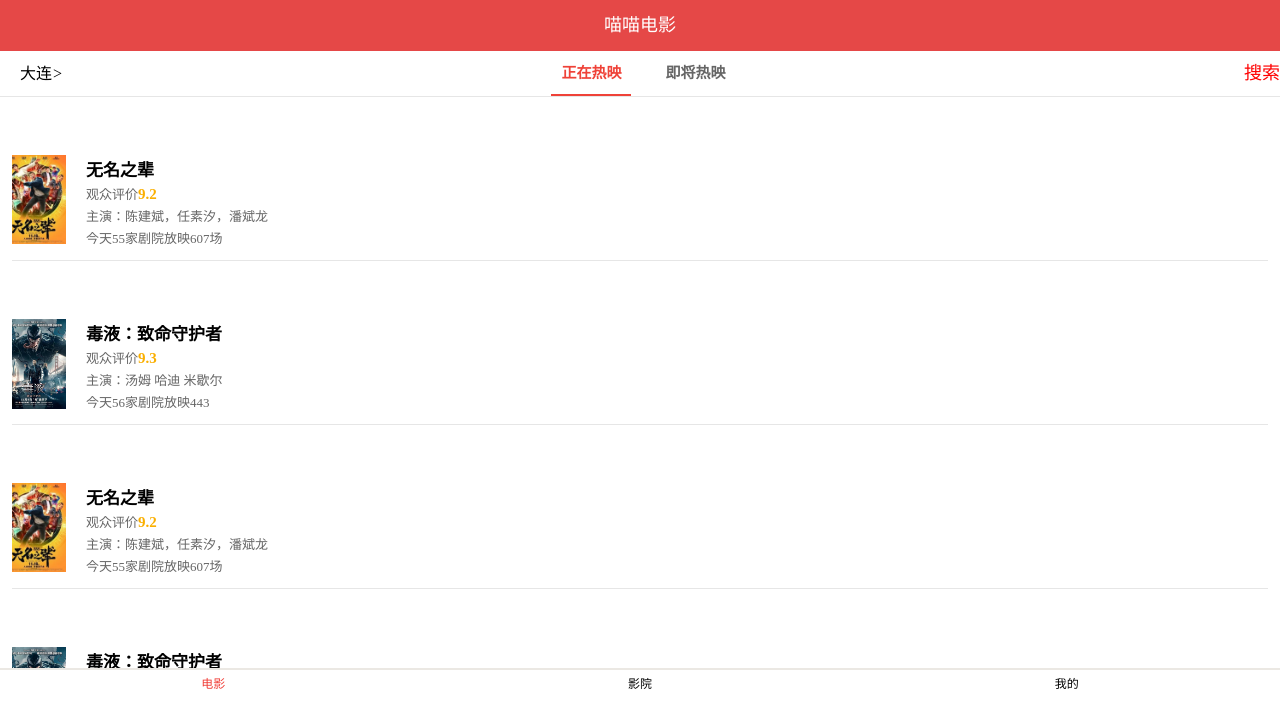
Repository: X-J-0/miaomiao_film
Page: / (app in miaomiao/)
These files come from the project's save history. The page is drawn as it stood at one moment and after the next save; the edit follows.
The browser window is 1280 px wide. The pictures show the whole page.
An inner scrolling area shows only its first screen. The project was rebuilt for these pictures with package versions that can differ from the ones it lists, and the page was loaded fresh each time. Also part of the build but not shown: miaomiao/vue.config.js. Imported but missing from the stored project, and not drawn on this page: miaomiao/src/components/Brand, miaomiao/src/components/Special.

Above is the page before, as saved 2020-03-26 13:18:58.

### miaomiao/public/index.html
<!DOCTYPE html>
<html lang="en">
  <head>
    <meta charset="utf-8">
    <meta http-equiv="X-UA-Compatible" content="IE=edge">
    <meta name="viewport" content="width=device-width,initial-scale=1.0,user-scalable=no">
    <link rel="icon" href="<%= BASE_URL %>favicon.ico">
    <link rel="stylesheet" href="<%= BASE_URL %>css/common.css">
    <!-- <link rel="stylesheet" href="<%= BASE_URL %>css/common.css"> -->
    <title><%= htmlWebpackPlugin.options.title %></title>
  </head>
  <body>
    <noscript>
      <strong>We're sorry but <%= htmlWebpackPlugin.options.title %> doesn't work properly without JavaScript enabled. Please enable it to continue.</strong>
    </noscript>
    <div id="app"></div>
    <!-- built files will be auto injected -->
  </body>
</html>

### miaomiao/src/main.js
import Vue from 'vue'
import App from './App.vue'
import router from './router'
import store from './store'
import axios from 'axios'
Vue.prototype.axios = axios;

Vue.config.productionTip = false

new Vue({
  router,
  store,
  render: h => h(App)
}).$mount('#app')

### miaomiao/src/App.vue
<template>
    <keep-alive>
        <router-view/>
    </keep-alive>
</template>

<style lang="scss">
</style>

### miaomiao/src/router/index.js
import Vue from 'vue'
import VueRouter from 'vue-router'
import movieRouter from './movie'
import mineRouter from './mine'
import cinemaRouter from './cinema'

Vue.use(VueRouter)


const router = new VueRouter({
  mode: 'history',
  base: process.env.BASE_URL,
  routes: [
    movieRouter,
    mineRouter,
    cinemaRouter,
    {
      path:'/*',
      redirect:'/movie'
    }
  ]
})

export default router

### miaomiao/src/router/movie/index.js
export default {
    path:'/movie',
    component : () => import('@/views/Movie'),
    children:[
        {
            path:'city',
            component:()=>import('@/components/City')
        },
        {
            path:'nowPlaying',
            component:()=>import('@/components/NowPlaying')
        },
        {
            path:'comingSoon',
            component:()=>import('@/components/ComingSoon')
        },
        {
            path:'search',
            component:()=>import('@/components/Search')
        },
        {
            path:'/movie',
            redirect:'/movie/nowPlaying'
        }
    ]
}

### miaomiao/src/router/mine/index.js
export default {
    path:'/mine',
    component : () => import('@/views/Mine'),
    children:[
        {
            path:'center',
            component:()=>import('@/views/Mine/center.vue')
        },
        {
            path:'login',
            component:()=>import('@/components/Login')
        },
        {
            path:'register',
            component:()=>import('@/components/Register')
        },
        {
            path:'findPassword',
            component:()=>import('@/components/FindPassword')
        },
        {
            path:'/mine',
            redirect:'center'
        }
    ]
}

### miaomiao/src/router/cinema/index.js
export default {
    path:'/cinema',
    component : () => import('@/views/Cinema'),
    children:[
        {
            path:'allocate',
            component:()=>import('@/components/Allocate')
        },
        {
            path:'brand',
            component:()=>import('@/components/Brand')
        },
        {
            path:'special',
            component:()=>import('@/components/Special')
        },
        {
            path:'/cinema',
            redirect:'/cinema/allocate'
        }
    ]
}

### miaomiao/src/views/Movie/index.vue
<template>
    <div id="main">
        <Header title="喵喵电影"/>
        <div id="content">
          <div class="movie_menu">
          <router-link tag="div" to="/movie/city" class="city_name">
            <span>大连</span><i>></i>
          </router-link>
          <div class="hot_switch">
            <router-link tag="div" to="/movie/nowPlaying" class="hot_item">正在热映</router-link>
            <router-link tag="div" to="/movie/comingSoon" class="hot_item">即将热映</router-link>
          </div>
          <div class="search_entry">
            <router-link tag="div" to="/movie/search">搜索</router-link>
          </div>
          </div>
            <router-view/>
        </div>
        <TabBar />
    </div>
</template>

<script>

import Header from '@/components/Header';
import TabBar from '@/components/TabBar';

export default {
  name:'Movie',
  components : {
    Header,
    TabBar
  },
  data(){
   return {

   }
  }
}
</script>

<style scoped>
  #content{flex:1;overflow:auto;margin-bottom:50px;position: relative;display:flex;flex-direction: column;}
  #content .movie_menu{width:100%;height:45px;border-bottom:1px solid #e6e6e6;display: flex;justify-content: space-between;}
  .movie_menu .city_name{margin-left:20px;height:100%;line-height:45px;}
  .movie_menu .city_name.active{color:#ef4238;border-bottom:2px #ef4238 solid;}
  .movie_menu .city_name.router-link-active{color:#ef4238;border-bottom:2px #ef4238 solid;}
  .movie_menu .hot_switch{display:flex;height:100%; line-height: 45px;}
  .movie_menu .hot_item{font-size:15px; color:#666;width:80px;text-align: center;margin:0 12px;font-weight: 700;}
  .movie_menu .hot_item.active{color:#ef4238;border-bottom:2px #ef4238 solid;}
  .movie_menu .hot_item.router-link-active{color:#ef4238;border-bottom:2px #ef4238 solid;}
  .movie_menu .search_entry{margin-left:20px;height:100%;line-height:45px;}
  .movie_menu .search_entry.active{color:#ef4238;border-bottom:2px #ef4238 solid;}
  .movie_menu .search_entry.router-link-active{color:#ef4238;border-bottom:2px #ef4238 solid;}
  .movie_menu .search_entry div{font-size:18px;color:red;}
</style>

### miaomiao/src/components/NowPlaying/index.vue
<template>
<div class="movie_body">
    <ul>
        <li>
            <div class="pic_show"><img src="/images/movie_1.jpg"></div>
            <div class="info_list">
                <h2>无名之辈</h2>
                <p>观众评价<span class="grade">9.2</span></p>
                <p>主演：陈建斌，任素汐，潘斌龙</p>
                <p>今天55家剧院放映607场</p>
            </div>
        </li>
        <li>
            <div class="pic_show"><img src="/images/movie_2.jpg"></div>
            <div class="info_list">
                <h2>毒液：致命守护者</h2>
                <p>观众评价<span class="grade">9.3</span></p>
                <p>主演：汤姆 哈迪 米歇尔</p>
                <p>今天56家剧院放映443</p>
            </div>
        </li>
         <li>
            <div class="pic_show"><img src="/images/movie_1.jpg"></div>
            <div class="info_list">
                <h2>无名之辈</h2>
                <p>观众评价<span class="grade">9.2</span></p>
                <p>主演：陈建斌，任素汐，潘斌龙</p>
                <p>今天55家剧院放映607场</p>
            </div>
        </li>
        <li>
            <div class="pic_show"><img src="/images/movie_2.jpg"></div>
            <div class="info_list">
                <h2>毒液：致命守护者</h2>
                <p>观众评价<span class="grade">9.3</span></p>
                <p>主演：汤姆 哈迪 米歇尔</p>
                <p>今天56家剧院放映443</p>
            </div>
        </li>
        <li>
            <div class="pic_show"><img src="/images/movie_1.jpg"></div>
            <div class="info_list">
                <h2>无名之辈</h2>
                <p>观众评价<span class="grade">9.2</span></p>
                <p>主演：陈建斌，任素汐，潘斌龙</p>
                <p>今天55家剧院放映607场</p>
            </div>
        </li>
        <li>
            <div class="pic_show"><img src="/images/movie_2.jpg"></div>
            <div class="info_list">
                <h2>毒液：致命守护者</h2>
                <p>观众评价<span class="grade">9.3</span></p>
                <p>主演：汤姆 哈迪 米歇尔</p>
                <p>今天56家剧院放映443</p>
            </div>
        </li>
    </ul>
</div>
</template>

<script>
export default {
  name:'NowPlaying',
  data(){
   return {

   }
  }
}
</script>

<style scoped>
    #content .movie_body{
        flex:1;
        overflow:auto;
    }
    .movie_body ul{
        margin:0 12px;
        overflow:hidden;
    }
    .movie_body ul li{
        margin-top:12px;display:flex;align-items:center;border-bottom:1px solid #e6e6e6;padding-bottom:10px;
    }
    .movie_body .pic_show{width:64px; height:90px;}
    .movie_body .pic_show img{width:100%;}
    .movie_body .info_list{margin-top:50px;margin-left:10px;flex:1;position: relative;}
    .movie_body .info_list h2{font-size:17px;line-height: 24px;width:150px;overflow:hidden;white-space:nowrap;text-overflow:ellipsis;}
    .movie_body .info_list p{font-size:13px;color:#666;line-height: 22px;width:200px;overflow:hidden;white-space:nowrap;text-overflow:ellipsis;}
    .movie_body .info_list .grade{font-weight: 700;color:#faaf00;font-size:15px;}
    .pic_show img{width:50px;position: relative;right:10px;top:20px;}
    .movie_body .btn_mall, .movie_body .btn_pre{width:47px;height:27px;line-height: 28px;text-align: center;background-color: #f03d37;color:#fff;border-radius: 5%;}
    .movie_body .btn_pre{background-color: #3c9fe6;}
</style>

### miaomiao/src/components/Header/index.vue
<template>
    <header id="header">
        <h1>{{title}}</h1>
    </header>
</template>

<script>
export default {
  name:'Header',
  props:{
      title:{
          type:String,
          default:'喵喵电影'
      }
  }
}
</script>

<style scoped>
#header{width:100%;height:50px;color:#fff;background-color: #e54847;border-bottom:1px solid #e54847;position: relative;}
#header h1{font-size:18px;text-align: center;line-height: 50px; font-weight: normal;}
#header i{position:absolute;left:5px;top:50%;margin-top:-13px;font-size:26px;}
</style>

### miaomiao/src/components/TabBar/index.vue
<template>
    <footer id="footer">
        <ul>
            <router-link tag="li" to="/movie">
                <!-- <i class="iconfont icon-dianying"></i> -->
                <p>电影</p>
            </router-link>
            <router-link tag="li" to="/cinema">
                <!-- <i class="iconfont icon-yingyuan"></i> -->
                <p>影院</p>
            </router-link>
            <router-link tag="li" to="/mine">
                <!-- <i class="iconfont icon-dianying"></i> -->
                <p>我的</p>
            </router-link>
        </ul>
    </footer>
</template>

<script>
export default {
  name:'Footer',
  data(){
   return {

   }
  }
}
</script>

<style scoped>
#footer{width:100%; height:50px;background-color: #fff;border-top:2px #ebe8e3 solid;position:fixed;left:0;bottom:0;}
#footer ul{display:flex;text-align: center;height:50px;align-items:center;}
#footer ul li{flex:1;height:40px;}
#footer ul li.active{color:#f03d37;}
#footer ul li.router-link-active{color:#f03d37;}
#footer ul i{font-size:20px;}
#footer ul p{font-size:12px;line-height:18px;}
</style>

### miaomiao/public/css/common.css
*{ margin : 0; padding : 0;}
ul,li{ list-style: none}
img{ display: block}
html, body{ height:100%}
.clearfix:after{ content:""; display:block; clear:both}
#main{ height: 100%; display: flex; flex-direction: column;}
#content{ flex:1; overflow:auto; margin-bottom: 50px;position: relative;display: flex;flex-direction: column;}

Loaded but not shown: miaomiao/src/store/index.js (common file)

After the next save:
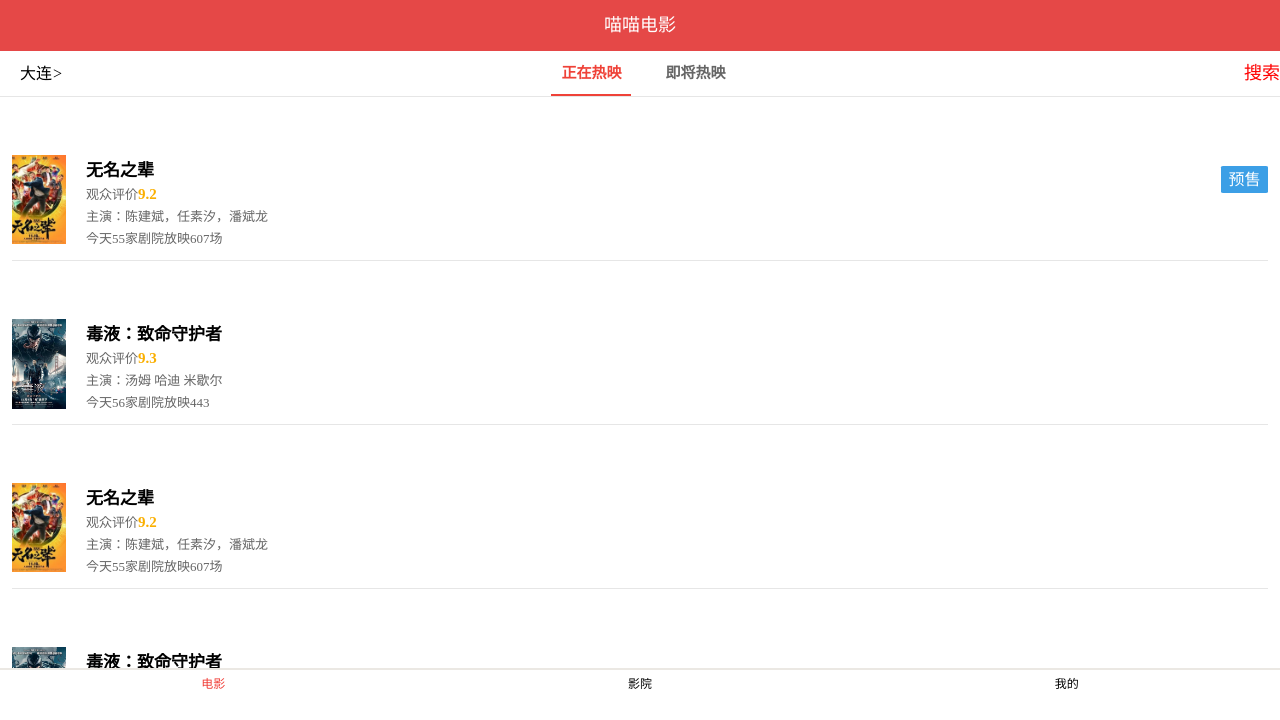
Saved 5 min 56 s later.
--- a/miaomiao/src/components/NowPlaying/index.vue
+++ b/miaomiao/src/components/NowPlaying/index.vue
@@ -8,6 +8,9 @@
                 <p>观众评价<span class="grade">9.2</span></p>
                 <p>主演：陈建斌，任素汐，潘斌龙</p>
                 <p>今天55家剧院放映607场</p>
+            </div>
+            <div class="btn_pre">
+              预售
             </div>
         </li>
         <li>
